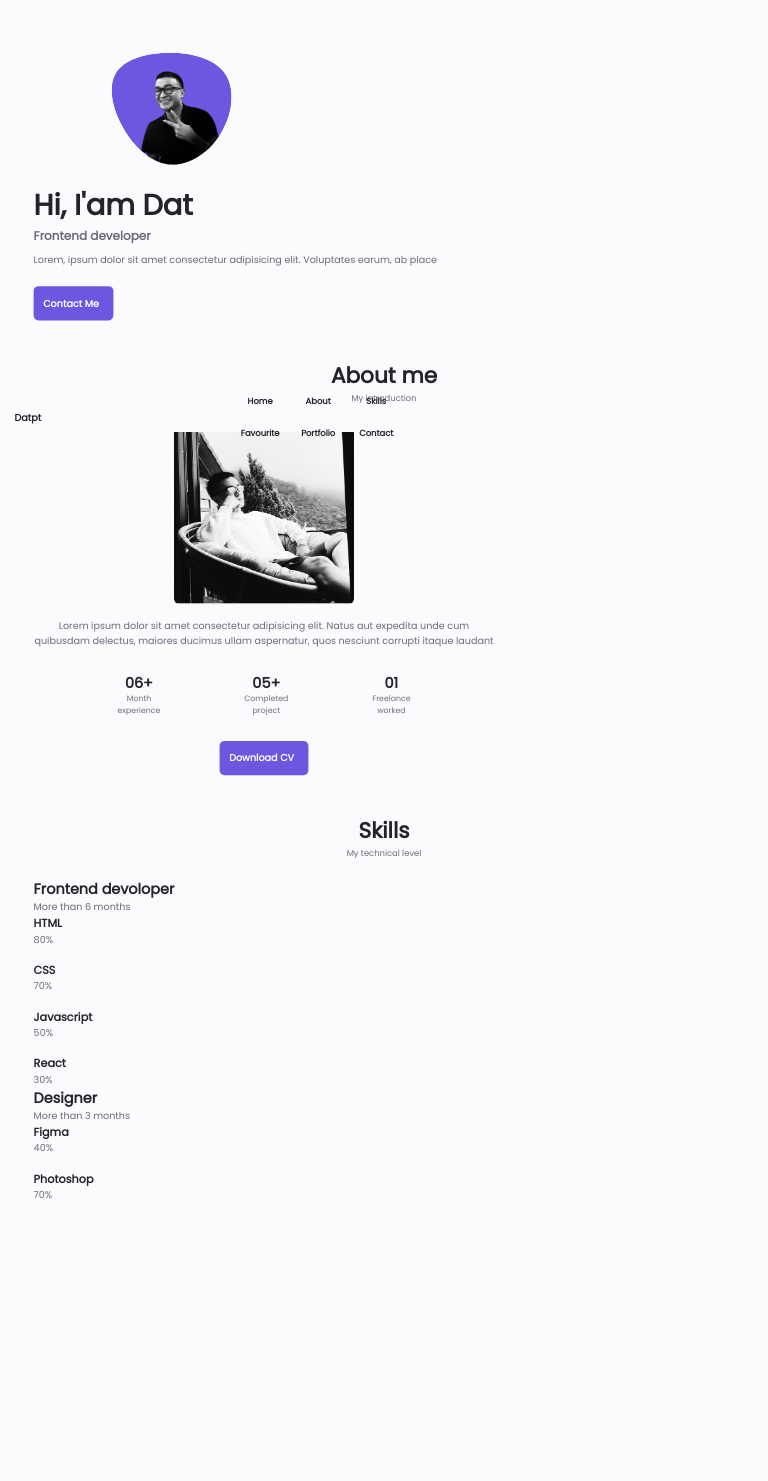
Repository: Datt21/portfolio
Page: index.html
These files come from the project's save history. The page is drawn as it stood at one moment and after the next save; the edit follows.
The browser window is 1280 px wide. The pictures show the whole page, at 60% of full size.
Some icons come from a web library that is not loaded, so they are not drawn.

Above is the page before, as saved 2021-07-10 17:08:40.

After the next save:
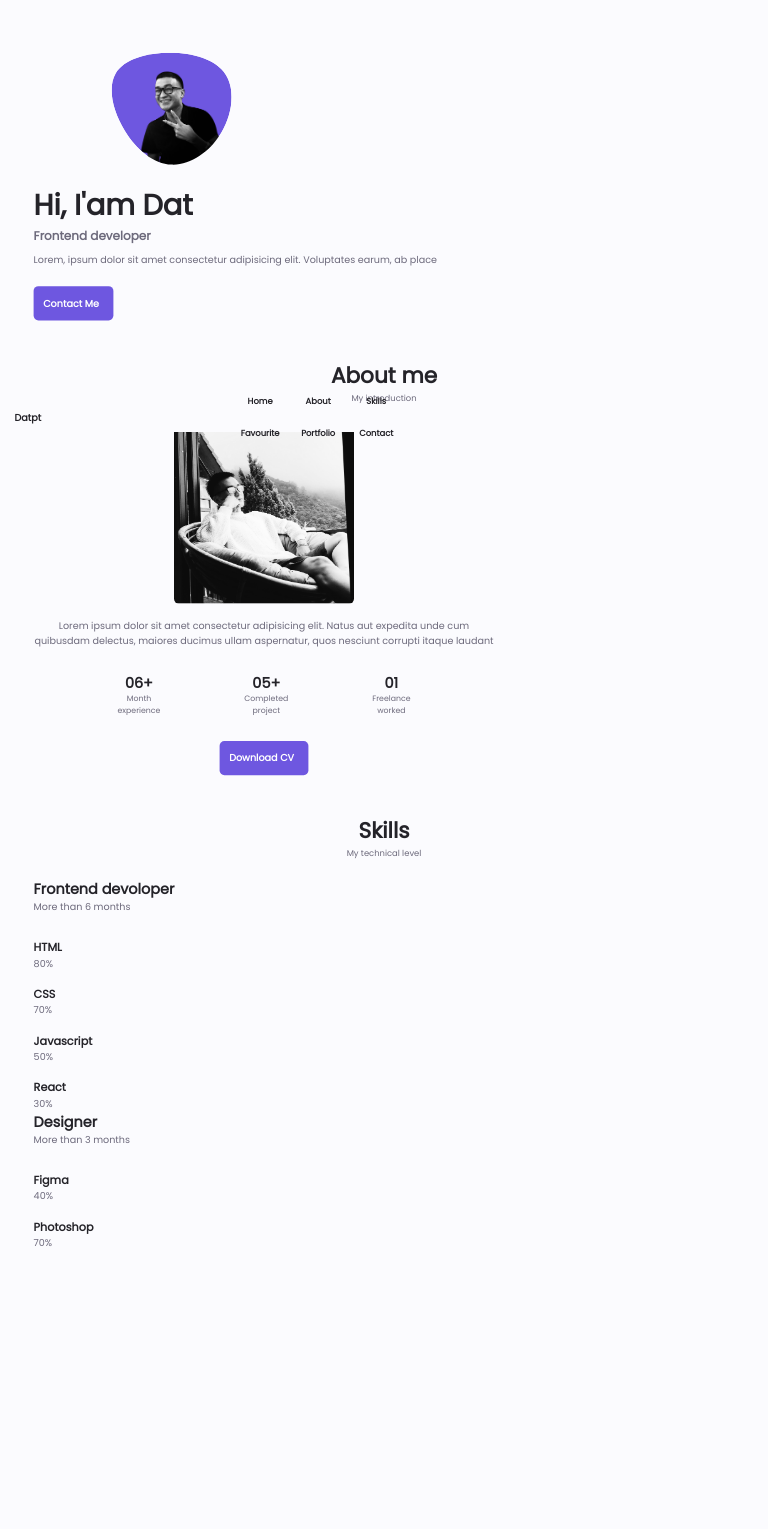
Saved 117 s later.
--- a/Css/style.css
+++ b/Css/style.css
@@ -379,15 +379,17 @@ img{
     justify-content: center;
 }
 
-
-
-
-
-
-
-
 /*==================== SKILLS ====================*/
-
+.skills__container{
+    row-gap: 0;
+}
+
+.skills__header{
+    display: flex;
+    align-items: center;
+    margin-bottom: var(--mb-2-5);
+    cursor: pointer;
+}
 
 /*==================== QUALIFICATION ====================*/
 
